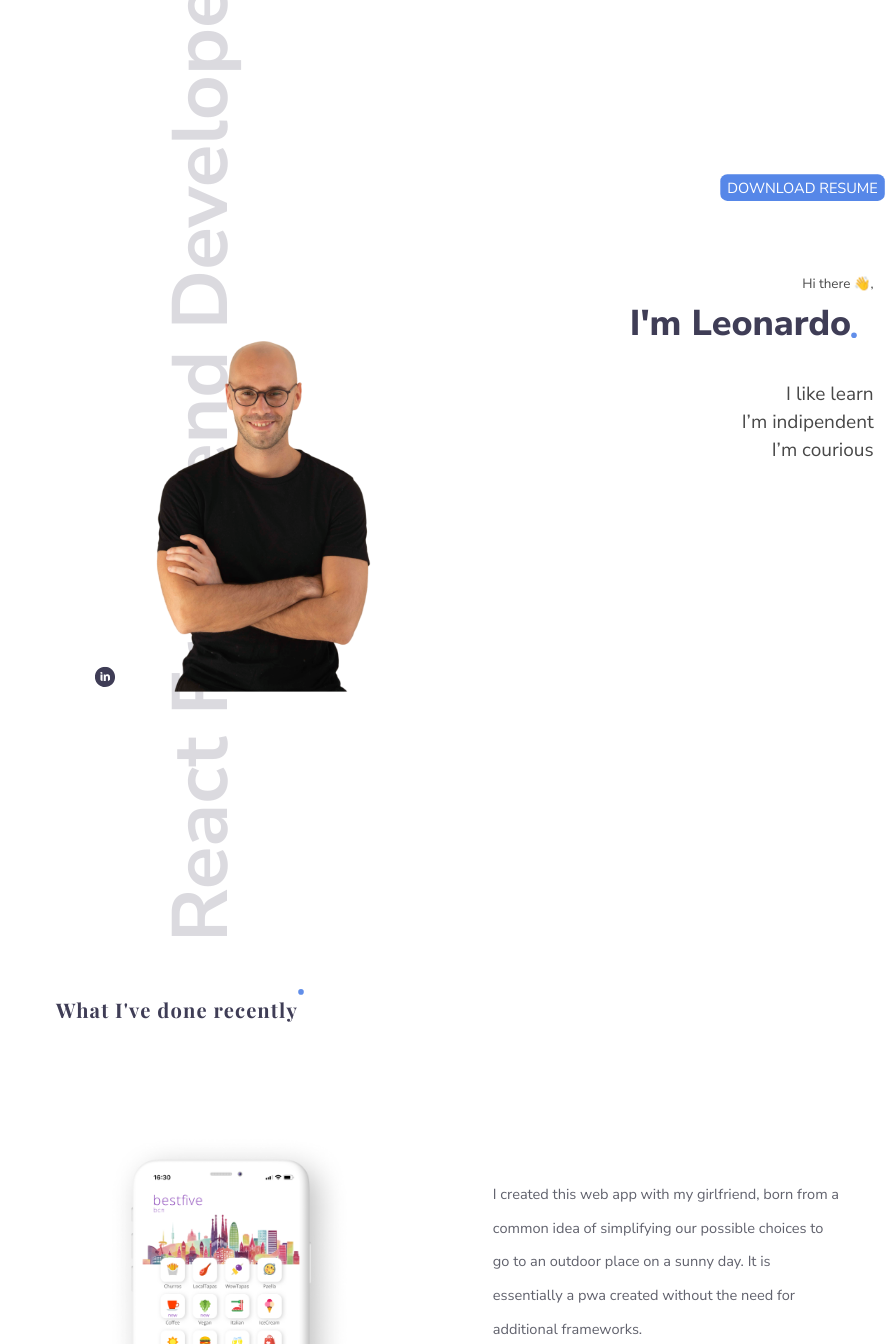
Repository: Easaaa/Portfolio-2020
Page: index.html
The author's editor kept a copy of each file at every save. The page is drawn from the files as they stood at one save, then again after the next save.
The browser window is 1280 px wide. The pictures show the part of the page from y = 0 to 1920 px (the page is 7095 px tall), at 70% of full size.
The style sheet was rebuilt from its Sass, Less or Tailwind sources for each picture, by a compiler version that may differ from the author's.

Above is the page before, as saved 2020-02-28 14:05:17.

After the next save:
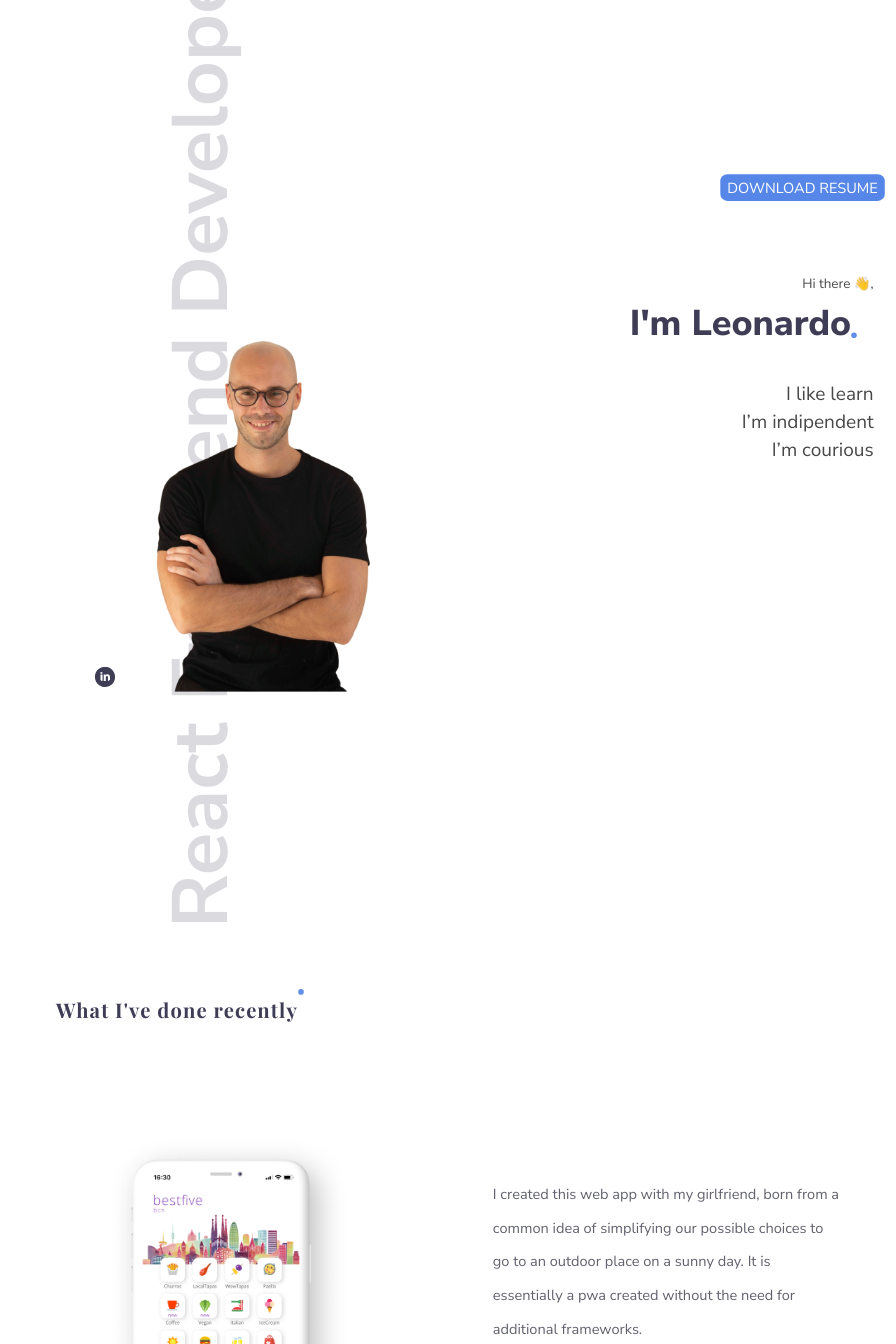
Saved 54 s later.
--- a/stylesheets/scss/main.scss
+++ b/stylesheets/scss/main.scss
@@ -116,12 +116,9 @@
   }
 
   .content-header {
-    padding: 3rem 0;
-    border-radius: 5px;
-    height: 450px;
-    position: relative;
-    top: 50%;
-    margin-top: -225px;
+    /* background-color: #d7dce44a; */
+ padding: 3rem 0;
+ border-radius: 5px;
 
     .sub-title {
       font-size: 1.2rem;
